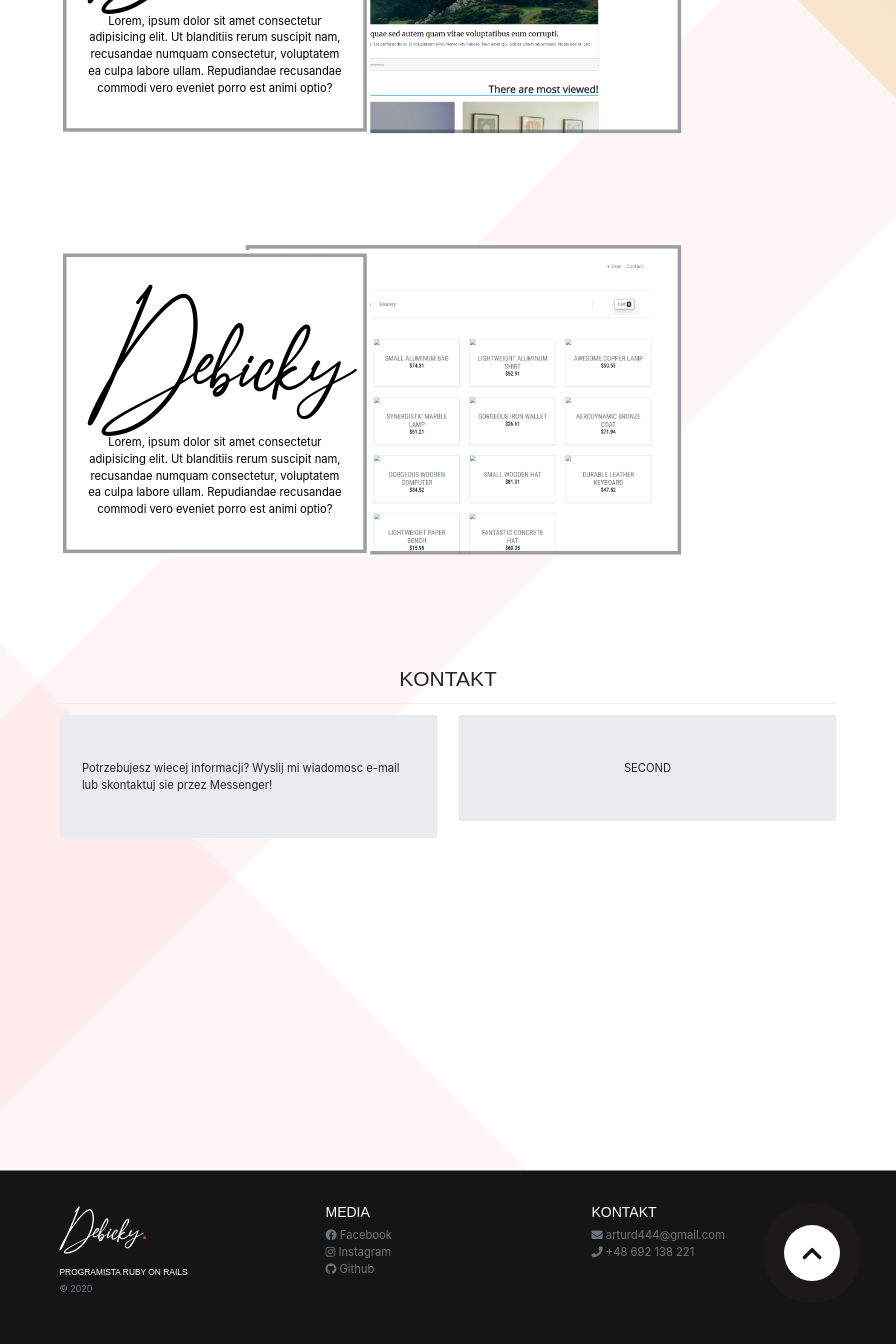
Repository: debicky/debicky.github.io
Page: index.html
These files come from the project's save history. The page is drawn as it stood at one moment and after the next save; the edit follows.
The browser window is 1280 px wide. The pictures show the part of the page from y = 2363 to 4283 px (the page is 4283 px tall), at 70% of full size.
Some web fonts or font styles are not loaded; a fallback is used. Some web libraries are served in a nearby version.

Above is the page before, as saved 2020-06-14 15:57:31.

After the next save:
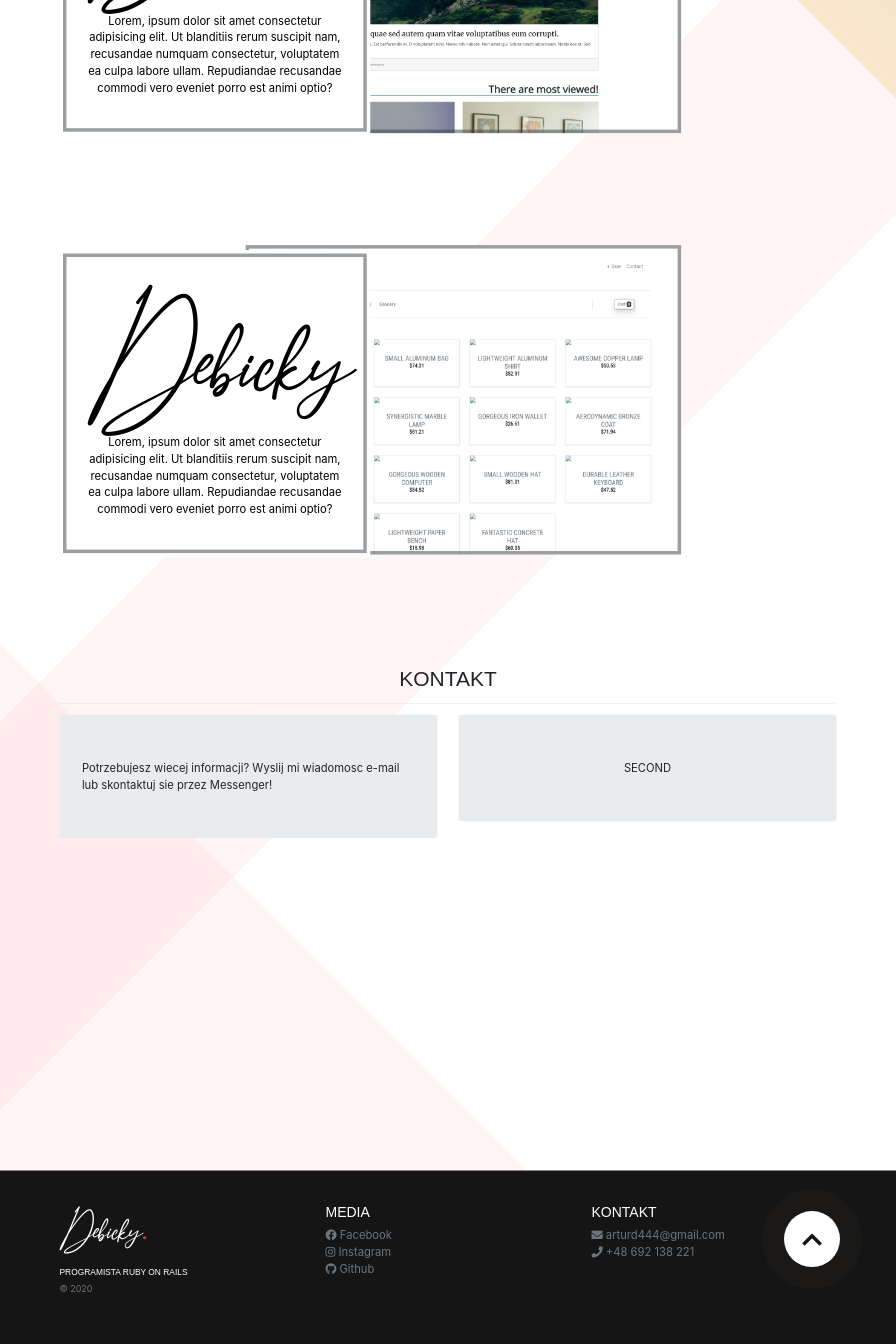
Saved 5 s later.
--- a/styles.css
+++ b/styles.css
@@ -241,7 +241,7 @@ a.text-muted:hover{
   background-color: #fff;
   right: 5rem;
   border-radius: 100%;
-  margin-top: 30px;
+  margin-top: 10px;
   display: flex;
   animation: pulse 2.5s infinite;
   cursor: pointer;
